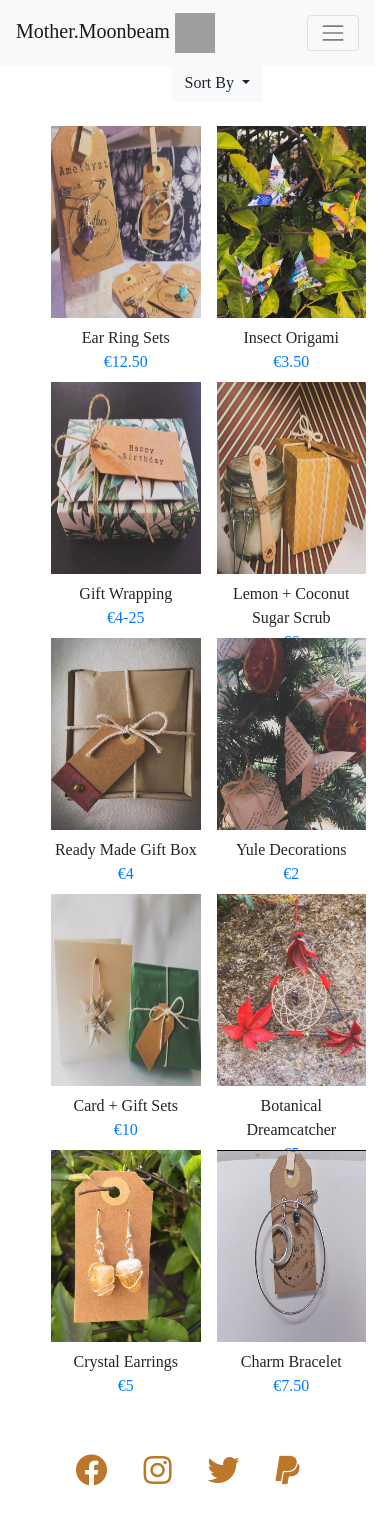
Repository: brianscan14/FE-1st-Milestone-Project
Page: Porfolio.html
The author's editor kept a record of every edit. The page is drawn from the files as they stood at one moment, then again after the next edit.
The browser window is 375 px wide. The page is 390 px wide, so the pictures cover 390 px, including what lies to the right of the window. The pictures show the whole page.
Pictures or frames that could not be fetched are drawn as grey boxes. Some web libraries are served in a nearby version.

Above is the page before.

After the next edit:
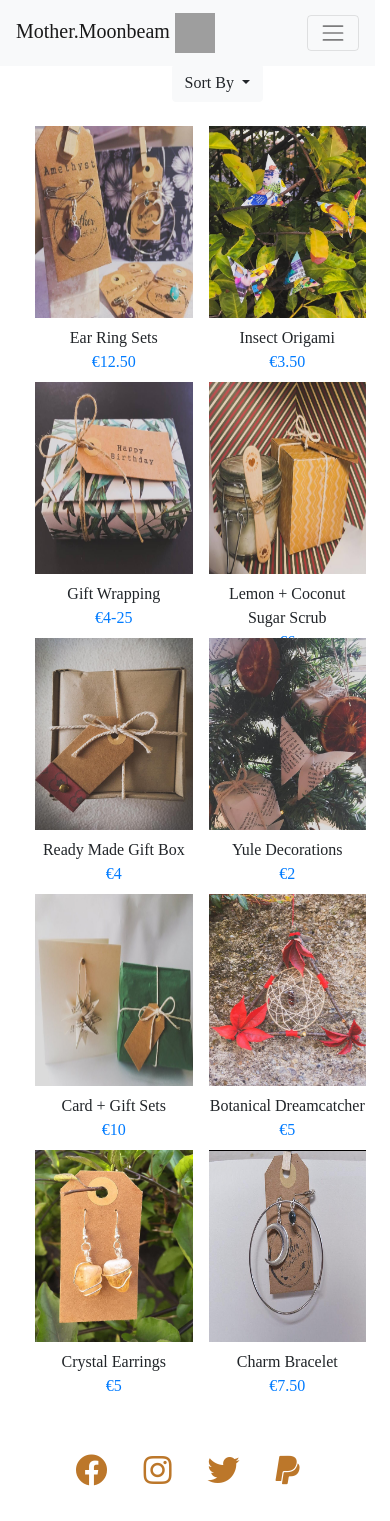
The edit:
--- a/assets/css/style.css
+++ b/assets/css/style.css
@@ -466,7 +466,7 @@
 
 @media only screen and (max-width: 576px) {
   .shopfront {
-margin-left: -3em;
+margin-left: -4em;
   }
 }
 
